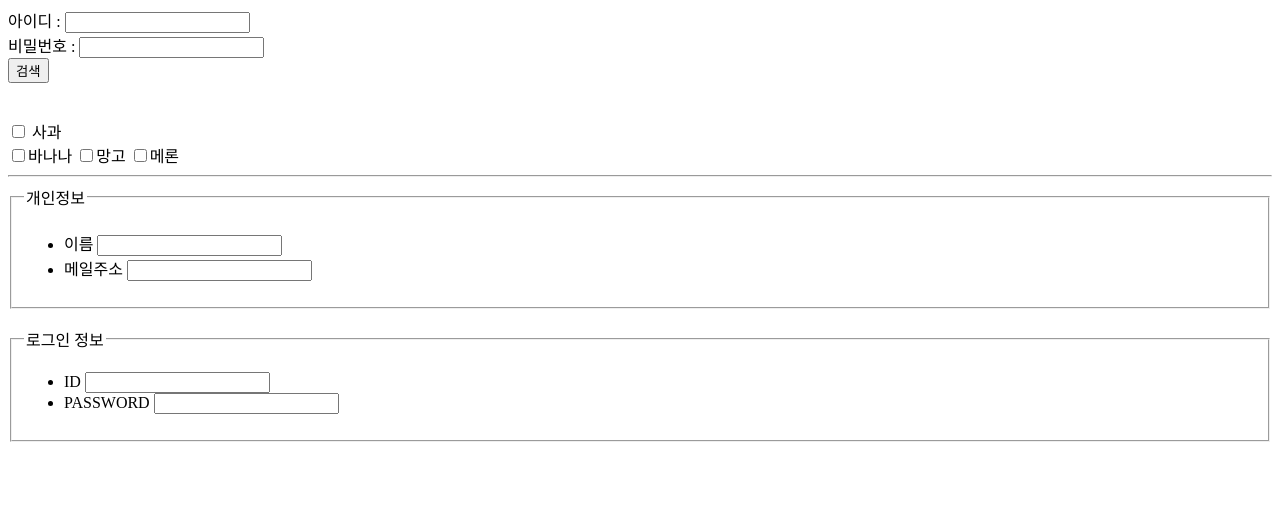
Repository: jaehyeon0418/workspace123
Page: w1026/src/main/webapp/w1026_01.html
These files come from the project's save history. The page is drawn as it stood at one moment and after the next save; the edit follows.
The browser window is 1280 px wide. The pictures show the whole page.

Above is the page before, as saved 2022-10-26 01:23:52.

After the next save:
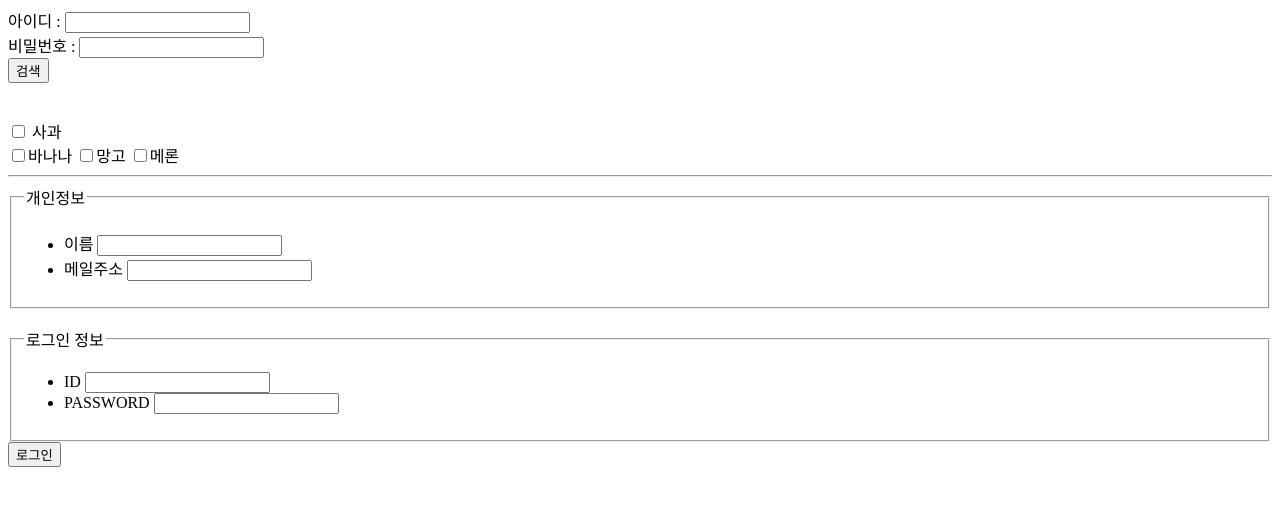
Saved 2 min 27 s later.
--- a/w1026/src/main/webapp/w1026_01.html
+++ b/w1026/src/main/webapp/w1026_01.html
@@ -6,64 +6,55 @@
 </head>
 <body>
 
-<form action="https://www.google.co.kr" name = "frm" method = "get">
+	<form action="https://www.google.co.kr" name="frm" method="get">
 
-<label for ="id">아이디  :</label>
-<input type = "text" name ="id" id="id"><br>
-<label for = "pwd">비밀번호 :</label>
-<input type = "text" name ="pwd" id="pwd"><br>
-<input type = "submit" value ="검색">
+		<label for="id">아이디 :</label> <input type="text" name="id" id="id"><br>
+		<label for="pwd">비밀번호 :</label> <input type="text" name="pwd" id="pwd"><br>
+		<input type="submit" value="검색">
 
-</form>
+	</form>
 
-<br><br>
+	<br>
+	<br>
 
-	<input type="checkbox" name="fruit1" value="apple" id ="apple1">
-	<label for = "apple1">사과</label><br>
+	<input type="checkbox" name="fruit1" value="apple" id="apple1">
+	<label for="apple1">사과</label>
+	<br>
 	<input type="checkbox" name="fruit2" value="banana">바나나
 	<input type="checkbox" name="fruit3" value="mango">망고
 	<input type="checkbox" name="fruit4" value="melon">메론
 
-<br>
-<hr>
+	<br>
+	<hr>
 
-<!--  <fieldset> 태그는
+	<!--  <fieldset> 태그는
 <form> 요소에서 연관된 요소를 하나의 그룹으로 묶을때 사용
 박스모양의 선을 그려준다
 <legend> 태그는 <fieldest> 요소의 그룹을 묶는 구역에 제목을 붙인다.
 -->
 
-<form action="#" name="frm" method = get></form>
+	<form action="#" name="frm" method=get></form>
 
-<fieldset>
-<legend> 개인정보 </legend>
-
-<ul>
-<li>
-<label for = "name">이름</label>
-<input type = "text" id ="name">
-</li>
-<li>
-<label for = "name">메일주소</label>
-<input type = "text" id ="mail">
-</li>
-</ul>
-</fieldset>
-<br>
-<fieldset>
-<legend> 로그인 정보 </legend>
-
-<ul>
-<li>
-<label for = "id">ID</label>
-<input type = "text" id ="id">
-</li>
-<li>
-<label for = "pwd">PASSWORD</label>
-<input type = "text" id ="pws">
-</li>
-</ul>
-</fieldset>
+	<fieldset>
+		<legend> 개인정보 </legend>
+		<ul>
+			<li><label for="name">이름</label> <input type="text" id="name">
+			</li>
+			<li><label for="name">메일주소</label> <input type="text" id="mail">
+			</li>
+		</ul>
+	</fieldset>
+	<br>
+	<fieldset>
+		<legend> 로그인 정보 </legend>
+		<ul>
+			<li><label for="id">ID</label> <input type="text" id="id">
+			</li>
+			<li><label for="pwd">PASSWORD</label> <input type="text"
+				id="pws"></li>
+		</ul>
+	</fieldset>
+	<input type = "submit" value ="로그인">
 
 
 </body>
